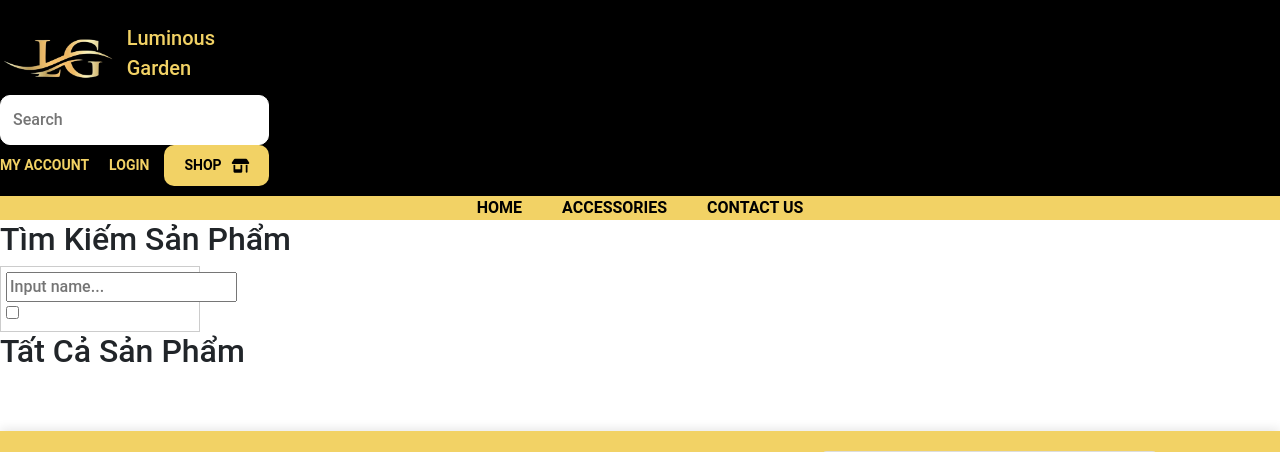
Repository: Nghia251506/eproject
Page: http://localhost/eproject/product/search
An editor plug-in stored every save of this project. The page is shown before and after the next save, followed by the edit.
The browser window is 1280 px wide. The pictures show the part of the page from y = 0 to 452 px (the page is 827 px tall).
Pictures or frames that could not be fetched are drawn as grey boxes. Some web fonts or font styles are not loaded; a fallback is used. Some web libraries are served in a nearby version. The page is run by PHP 8.4 with error messages shown; the project is at /var/www/html/. Queries for data that is not in the repository find no rows.

Above is the page before, as saved 2024-10-12 18:56:37.
Console error: TypeError: Cannot read properties of null (reading 'querySelectorAll')

### index.php
<?php
session_start();
require_once "app/App.php";
require_once "app/config/database.php";
require_once "app/controllers/BaseController.php";
require_once "app/midleware/AuthMidleware.php";
$midleware = new AuthMidleware([""]);
$app = new App($conn, $midleware);
?>

### app/App.php
<?php
class App {
    private $__controller, $__action, $__params, $__instanceController, $__conn, $__midleware;
    function __construct($conn,$midleware)
    {
        $this->__controller = "home";
        $this->__action = "index";
        $this->__params = [];
        $this->__conn = $conn;
        $this->__midleware = $midleware;
        $this->handleUrl();

    }


    function getPath() {
        if(!empty($_SERVER["PATH_INFO"])) {
            return $_SERVER["PATH_INFO"];
        }
        return null;
    }

    public function handleUrl() {
        $path = $this->getPath();
        if (!empty($path)) {
            $info = array_values(array_filter(explode("/", $path)));
            $midleInfo = $info;
            //1. handle controller
            if (!empty($info[0])) {
                $this->__controller = ucfirst($info[0])."Controller";
            } else {
                $this->__controller = ucfirst($this->__controller)."Controller";
            }
            // check exists file controller
            $filePath = "app/controllers/".$this->__controller.".php";
            if (file_exists($filePath)) {
                //echo "filePath exists ".$filePath;
                require_once $filePath;
                if (class_exists($this->__controller)) {
                    //echo $this->__controller; // HomeController
                    $this->__instanceController = new $this->__controller($this->__conn); // tuong duong new HomeController();
                    // loai bo thong tin controller -> chi con action va cac params
                    unset($info[0]);
                    $info = array_values($info);
                }
            } else {
                $this->handleErrorPage("404");
            }
            //2. handle action
            if (!empty($info[0])) {
                $this->__action = $info[0];
                // loai bo thong tin action -> chi con cac params
                unset($info[0]);
                $info = array_values($info);
            }
            //3. hanlde params
            if (!empty($info)) {
                $this->__params = $info;
            }

            //4. thuc thi function trong controller (vd: thuc thi function index trong HomeController)
            //4.1 check xem function co ton tai trong class hay khong
            if (method_exists($this->__instanceController, $this->__action )) {
                // kiểm tra path sử dung middlewere
                $this->__midleware->execute($midleInfo);
                call_user_func_array([$this->__instanceController, $this->__action], $this->__params);
            } else {

            }

        } else {
            $this->__controller = ucfirst($this->__controller)."Controller";
        }

    }

    public function handleErrorPage($page) {
        require_once "app/views/errors/".$page.".php";
        exit();
    }

}









?>

### app/config/database.php
<?php
$host = "mysql:host=localhost:3306;dbname=eproject";
$username = "root";
$pass = "Anhem123";
try {
    $conn = new PDO($host, $username, $pass);
    $conn -> setAttribute(PDO::ATTR_ERRMODE,PDO::ERRMODE_EXCEPTION );
} catch (PDOException $ex) {
    echo "connection failed: ".$ex->getMessage();
}
?>

### app/controllers/BaseController.php
<?php
class BaseController {
    const VIEW_PATH = "app/views/";
    const MODEL_PATH = "app/models/";
    public function view($pathView, array $input = []) {
        $path = self::VIEW_PATH.$pathView.".php";
        return require_once $path;
    }

    public function initModel($modelName, $conn) {
        $path = self::MODEL_PATH.$modelName.".php";
        if (file_exists($path)) {
            require_once $path;
            if (class_exists($modelName)) {
                return new $modelName($conn);
            }
        }
        return null;
    }
}



?>

### app/midleware/AuthMidleware.php
<?php
class AuthMidleware {
    // những path phải qua đăng nhập
    private $__paths = [];
    public function __construct(array $paths)
    {
        $this->__paths = $paths;
    }

    // function để kiểm tra path đầu vào có phải đăng nhập hay không?
    public function execute($info) {
        //$info : là thông tin path đầu vào, là 1 array (xem App.php dòng 37)
        $controller = $info[0];
        $action = $info[1];
        // kiem tra controller có phải là admin hay không
        if ($controller == "admin") {
            // Kiểm tra xem đã đăng nhập hay chưa, nếu đăng nhập rồi thì có thông tin trong session
            if (isset($_SESSION["user"])) {
                // đã đăg nhập
                $role = $_SESSION["user"]->role;
                // kiêm tra xem có phải role admin hay không?
                if ($role != "admin") {
                    // báo lỗi k có quyền truy cập
                    $this->handleErrorPage();
                }
            } else {
                // Nếu chưa đăng nhập -> đi tới trang login
                header("Location: http://localhost/eproject/user/login");
            }
        } else {
            // là user thường chưa đăng nhập
            if (!isset($_SESSION["user"])) {
                // Kiểm tra xem có phải path là admin nhưng cần đăng nhập hay không
                if (in_array($controller."/".$action, $this->__paths)) {
                    // nếu đúng thì yêu cầu đăng nhập
                    header("Location: http://localhost/eproject/user/login");
                }
            }
        }
    }

    public function handleErrorPage() {
        require_once "app/views/errors/403.php";
        exit();
    }

}

?>

### app/controllers/ProductController.php
<?php
class ProductController extends BaseController
{
    private $__productModel, $__brandModel, $__typeModel;
    public function __construct($conn)
    {
        $this->__productModel = $this->initModel("ProductModel", $conn);
        $this->__brandModel = $this->initModel("BrandModel", $conn);
        $this->__typeModel = $this->initModel("TypeModel", $conn);
    }
    public function index()
    {
        $products = $this->__productModel->getAllProduct();
        $this->view("layouts/client", ["page" => "products/product", "products" => $products]);
    }

    public function detail()
    {
        $id = $_REQUEST["id"];
        $product = $this->__productModel->getProductById($id);
        $this->view("layouts/client", ["page" => "products/ProductDetails", "product" => $product]);
    }
    public function list($page = 1)
    {
        $limit = 10; // Number of products per page
        $offset = ($page - 1) * $limit; // Calculate offset
        $products = $this->__productModel->getAllProduct($limit, $offset);
        $totalShows = $this->__productModel->countAllProducts();
        $totalPages = ceil($totalShows / $limit); // Total number of pages

        $this->view("layouts/admin", [
            "page" => "products/listProduct",
            "products" => $products,
            "totalPages" => $totalPages,
            "currentPage" => $page,
        ]);
    }
    public function add($id = null)
    {
        $brands = $this->__brandModel->getAllBrand();
        $types = $this->__typeModel->getAllType();
        // Kiểm tra nếu là GET request
        if ($_SERVER["REQUEST_METHOD"] == "GET") {
            $id = $_REQUEST["id"] ?? null;
            // Nếu có $id, nghĩa là đang chỉnh sửa sản phẩm
            if (isset($id)) {
                // Lấy thông tin sản phẩm từ database để hiển thị
                $product = $this->__productModel->getProductById($id);
                if ($product) {
                    // Hiển thị form với dữ liệu sản phẩm
                    $this->view("layouts/admin", ["page" => "products/form_product", "product" => $product, "brands"=>$brands, "types"=>$types]);
                } else {
                    echo "Sản phẩm không tồn tại.";
                }
            } else {
                // Hiển thị form trống để thêm sản phẩm mới
                $this->view("layouts/admin", ["page" => "products/form_product", "brands" => $brands, "types" => $types]);
            }
        }

        // Nếu là POST request, xử lý thêm mới hoặc cập nhật sản phẩm
        if ($_SERVER["REQUEST_METHOD"] == "POST") {
            // Lấy và làm sạch dữ liệu
            $id = trim($_POST["id"]) ?? null;
            $name = trim($_POST["name"]);
            $code = isset($_POST["code"]) ? trim($_POST["code"]) : null;
            $type_id = trim($_POST["type_id"]);
            $watt = trim($_POST["watt"]);
            $socket = trim($_POST["socket"]);
            $color = trim($_POST["color"]);
            $purchase_price = trim($_POST["purchase_price"]);
            $sale_price = trim($_POST["sale_price"]);
            $quantity = trim($_POST["quantity"]);
            $brand_id = trim($_POST["brand_id"]);
            $image_url = trim($_POST["image"]);

            // Kiểm tra đầu vào (Ví dụ: kiểm tra rỗng, hợp lệ, ...)
            if (empty($name) || empty($type_id) || empty($watt) || empty($purchase_price) || empty($sale_price) || empty($quantity) || empty($brand_id) || empty($image_url)) {
                // Quản lý lỗi: thông báo cho người dùng
                echo "Vui lòng điền đầy đủ thông tin sản phẩm.";
                return;
            }

            // Gọi hàm saveProduct từ model
            if ($id > 0) {
                $result = $this->__productModel->editProduct($id, $name, $code, $type_id, $watt, $socket, $color, $purchase_price, $sale_price, $quantity, $brand_id, $image_url);
            } else {
                $result = $this->__productModel->saveProduct($name, $code, $type_id, $watt, $socket, $color, $purchase_price, $sale_price, $quantity, $brand_id, $image_url);
            }

            if ($result) {
                header("Location: http://localhost/eproject/product/list");
                exit();
            } else {
                // Thông báo lỗi nếu lưu không thành công
                echo "Có lỗi xảy ra khi thêm sản phẩm. Vui lòng thử lại.";
            }
        }
    }

    public function delete($id)
    {
        $this->__productModel->deleteProductById($id);
        header("Location: http://localhost/eproject/product/list");
    }

    public function cart(){
        $this->view("layouts/client", ["page"=>"products/cart"]);
    }

    public function search($page = 1){
        // if ($_SERVER["REQUEST_METHOD"] == "POST"){}
        //     $name = $_POST['name'] ?? '';
        // }
        $name = $_POST['name'] ?? '';
        $limit = 10;
        $offset = ($page - 1) * $limit;

        $products = $this->__productModel->searchProduct($name, $limit, $offset);
        // var_dump($products);
        // Lấy tổng số record để phân trang
        $totalShows = $this->__productModel->countProducts($name);
        $totalPages = ceil($totalShows / $limit);

        $this->view("layouts/client", [
            "page" => "products/product",
            "products" => $products,
            "totalPages" => $totalPages,
            "currentPage" => $page,
        ]);
    }
}

### app/models/BrandModel.php
<?php

class BrandModel{
    private $__conn;
    public function __construct($conn)
    {
        $this->__conn = $conn;
    }

    public function getAllBrand($limit = 10, $offset = 0){
        try{
            if(isset($this->__conn)){
                $sql = "select * from brand_lights order by id desc LIMIT :limit OFFSET :offset";
                $stmt = $this->__conn->prepare($sql);
                $stmt->bindParam("limit", $limit, PDO::PARAM_INT);
                $stmt->bindParam("offset", $offset, PDO::PARAM_INT);
                $stmt->execute();
                return $stmt->fetchAll(PDO::FETCH_OBJ);
            }
            return null;
        }catch(PDOException $ex){
            echo $ex->getMessage();
        }
    }
    public function getBrandById($id){
        try {
            if (isset($this->__conn)) {
                $sql = "select * from brand_lights where id = :id";
                $stmt = $this->__conn->prepare($sql);
                $stmt->bindParam("id", $id, PDO::PARAM_INT);
                $stmt->execute();
                return $stmt->fetch(PDO::FETCH_OBJ);
            }
            return null;
        } catch (PDOException $ex) {
            echo $ex->getMessage();
        }
    }
}

### app/models/TypeModel.php
<?php

class TypeModel{
    private $__conn;
    public function __construct($conn)
    {
        $this->__conn = $conn;
    }

    public function getAllType($limit = 10, $offset = 0){
        try{
            if(isset($this->__conn)){
                $sql = "select * from type_lights order by id desc LIMIT :limit OFFSET :offset";
                $stmt = $this->__conn->prepare($sql);
                $stmt->bindParam("limit", $limit, PDO::PARAM_INT);
                $stmt->bindParam("offset", $offset, PDO::PARAM_INT);
                $stmt->execute();
                return $stmt->fetchAll(PDO::FETCH_OBJ);
            }
            return null;
        }catch(PDOException $ex){
            echo $ex->getMessage();
        }
    }

    public function getTypeById($id){
        try{
            if($this->__conn){
                $sql = "select * from type_lights where id = :id";
                $stmt = $this->__conn->prepare($sql);
                $stmt->bindParam("id", $id);
                $stmt->execute();
                return $stmt->fetch(PDO::FETCH_OBJ);
            }
            return null;
        }catch(PDOException $ex){
            echo $ex->getMessage();
        }
    }
}

### app/views/layouts/client.php
<!DOCTYPE html>
<html lang="en">

<head>
    <meta charset="UTF-8">
    <meta name="viewport" content="width=device-width, initial-scale=1.0">
    <title>Doccument</title>
    <link rel="preconnect" href="https://fonts.googleapis.com">
    <link rel="preconnect" href="https://fonts.gstatic.com" crossorigin>
    <link href="https://fonts.googleapis.com/css2?family=Donegal+One&display=swap" rel="stylesheet">
    <link rel="stylesheet" href="http://localhost/eproject/app/assets/css/base.css">
    <script src="https://localhost/eproject/app/assets/js/eventClient.js"></script>
    <link href="https://stackpath.bootstrapcdn.com/bootstrap/4.5.2/css/bootstrap.min.css" rel="stylesheet">

</head>

<body>
    <div class="grid wide">
        <?php
        $this->view("layouts/header");
        $this->view($input["page"], ["data" => $input]);
        $this->view("layouts/footer");
        ?>
    </div>
</body>

</html>

### app/views/layouts/header.php
<!DOCTYPE html>
<html lang="en">
<head>
  <meta charset="UTF-8">
  <meta name="viewport" content="width=device-width, initial-scale=1.0">
  <script src="https://kit.fontawesome.com/453b49545e.js" crossorigin="anonymous"></script>
  <link rel="stylesheet" href="http://localhost/eproject/app/assets/css/header.css">
  <title>Header Example</title>
</head>
<body>
<div class="header">
    <div class="header-container">
      <div class="logo">
        <div class="logo-image">
          <img src="https://localhost/eproject/app/assets/data/LG.png" alt="Logo">
        </div>
        <div class="logo-name">
          <a href="">Luminous <br> Garden</a>
        </div>
      </div>

      <div class="search-form">
        <input type="text" placeholder="Search"  >

      </div>

      <div class="header-right">
        <div class="login">
          <a href="">MY ACCOUNT</a>
          <a href="">LOGIN</a>
        </div>
          <div class="shopping">
            <button type="submit">SHOP <i class="fa-solid fa-shop"></i></button>
          </div>
        </div>
      </div>
    </div>

    <div class="nav">
      <div class="nav-container">
        <div class="nav-item">
          <a href="http://localhost/eproject/home">HOME</a>
          <a href='http://localhost/eproject/product'>ACCESSORIES</a>
          <a href="http://localhost/eproject/contact">CONTACT US</a>
        </div>
      </div>
    </div>
  </div>
</body>
</html>

### app/views/products/product.php
<!DOCTYPE html>
<html lang="vi">

<head>
    <meta charset="UTF-8">
    <meta name="viewport" content="width=device-width, initial-scale=1.0">
    <title>product</title>
</head>

<body>
    <?php
    $data = $input["data"];
    $products = $data["products"] ?? "";
    // var_dum($products);
    // die();
    // $product = $data["product"] ?? "";
    ?>
    <div id="product-container">
        <aside class="sidebar">
            <h2>Tìm Kiếm Sản Phẩm</h2>
            <div class="search-bar">
                <form action="http://localhost/eproject/product/search" method="POST">
                    <input name="name" type="text" placeholder="Input name...">
                    <input name="type_id" type="checkbox" values="1">
                    <!-- <input name="name" type="checkbox" values="">
                    <input name="name" type="checkbox" values=""> -->
                </form>
            </div>
        </aside>

        <main class="main-content">
            <div class="featured-products">
                <div class="all-products">
                    <h2>Tất Cả Sản Phẩm</h2>
                    <div class="product-row">
                        <?php foreach ($products as $product) : ?>
                            <div class="product">
                                <div style="width:100%;height:200px;"><img style="width: 100%; height:100%;object-fit:cover;" src="<?php echo htmlspecialchars($product->image_url); ?>" alt="Sản phẩm A" /></div>
                                <h3><?php echo htmlspecialchars($product->name); ?></h3>
                                <p><?php echo htmlspecialchars($product->code); ?></p>
                                <p>Giá: <?php echo htmlspecialchars(number_format($product->sale_price, 0, ',', '.')); ?> VND</p>
                                <a href='http://localhost/eproject/product/detail?id=<?= $product->id; ?>'>See All Details</a>
                            </div>
                        <?php endforeach; ?>
                    </div>
                </div>
            </div>
        </main>
    </div>
</body>

</html>

### app/views/layouts/footer.php
<!DOCTYPE html>
<html lang="en">
<head>
    <meta charset="UTF-8">
    <meta name="viewport" content="width=device-width, initial-scale=1.0">
    <title>footer</title>
    <link rel="stylesheet" href="http://localhost/eproject/app/assets/css/footer.css">
</head>
<body>
<footer>
        <div class="footer-container">
            <div class="footer-contact-info">
                <h3>Contact</h3>
                <p>Địa chỉ: 8A Ton That Thuyet, My Dinh, Nam Tu Liem, Ha Noi</p>
                <p>Hotline: 0523 652 003</p>
                <p>Email: <a href="mailto:tuantai2365@gmail.com">tuantai2365@gmail.com</a></p>
                <div class="social-icons">
                    <a href="https://www.facebook.com" target="_blank">
                        <img src="http://localhost/eproject/app/assets/data/facebook.png" alt="Fb"></a>
                    <a href="https://www.instagram.com" target="_blank">
                        <img src="http://localhost/eproject/app/assets/data/instagram.png" alt="Ins"></a>
                    <a href="https://www.youtube.com" target="_blank">
                        <img src="http://localhost/eproject/app/assets/data/youtube.png" alt="Ziutube"></a>
                </div>
            </div>

            <div class="payment-info">
                <h3>Payment</h3>
                <img src="http://localhost/eproject/app/assets/data/QR.jpg" alt="pay Logo" class="logo">
            </div>

            <div class="map">
                <iframe src="https://www.google.com/maps/embed?pb=!1m18!1m12!1m3!1d3724.096608933641!2d105.78229669999999!3d21.0288201!2m3!1f0!2f0!3f0!3m2!1i1024!2i768!4f13.1!3m3!1m2!1s0x3135ab4cd376479b%3A0xbc2e0bb9db373ed2!2zOGEgVMO0biBUaOG6pXQgVGh1eeG6v3QsIE3hu7kgxJDDrG5oLCBD4bqndSBHaeG6pXksIEjDoCBO4buZaSAxMDAwMDA!5e0!3m2!1svi!2s!4v1727689161334!5m2!1svi!2s" width="600" height="450" style="border:0;" allowfullscreen="" loading="lazy" referrerpolicy="no-referrer-when-downgrade" width="300" height="200" style="border:0;" allowfullscreen="" loading="lazy"></iframe>
        </div>

    </footer>
    <div style="background-color: black;color:white ;  padding: 10px; text-align: center;">
        <p>© Project was made by Luminous Garden Team - T2404E .</p>
    </div>
</body>
</html>

### app/assets/css/base.css
:root {
  --text-color: #333;
  --white-color: #fff;
  --black-color: #000;
  --primary-color: #c9ac5f;
  --border-color: #dbdbdb;
  --header-height: 80px;
  --navbar-height: 34px;
  --header-with-search-height: calc(
    var(--header-height) - var(--navbar-height)
  );
  --color-header: linear-gradient(0, #f2d265, #040000);
  /* --color-header: ae dùng background-image rồi thêm biến này vào nhé */
}
a{
    text-decoration: none;
}

ul{
    list-style: none;
}

* {
  font-family: "Roboto", sans-serif;
  font-weight: 500;
  font-style: normal;
}

/* reponsive */

.grid {
  width: 100%;
  margin: 0 auto;
}

.wide {
  max-width: 2000px;
}

.col-12 {
  /* background-color: #ececf1; */
  padding-left: 5px;
  padding-right: 5px;
  width: 100%;
  display: flex;
  flex-wrap: wrap;
}

.col-8 {
  display: flex;
  flex-wrap: wrap;
  padding-left: 17px;
  width: 66.6672%;
}

.col-8-4 {
  padding-left: 5px;
  padding-right: 5px;
  width: 50%;
}

.col-12-4 {
  padding-left: 5px;
  padding-right: 5px;
  width: 33.3336%;
}

.col-2 {
  padding-left: 5px;
  padding-right: 5px;
  width: 16.6667%;
}

.col-2-4 {
  padding-left: 5px;
  padding-right: 5px;
  width: 20%;
  margin-bottom: 10px;
}

.col-10 {
  padding-left: 5px;
  padding-right: 5px;
  width: 83.3334%;
}

### app/assets/css/header.css

.header {
  display: flex;
  justify-content: space-between;
  align-items: center;
  padding: 10px 20px;
  background-color: #F2D265; /* Màu nền */
}

.header-left {
  display: flex;
  align-items: center;
}

.logo {
  width: 50px; /* Kích thước logo */
  height: auto;
  margin-right: 10px;
}

.company-name {
  font-size: 24px;
  color: rgb(65, 117, 5); /* Màu chữ của tên công ty */
}


/* Tổng quan cấu trúc */
body {
  font-family: Arial, sans-serif;
  margin: 0;
  padding: 0;
}

.header {
  background-color: black;
  padding: 10px 0;
}

.container {
  max-width: 1400px;
  margin: 0 auto; /* Căn giữa container */
  display: flex;
  justify-content: space-between; /* Phân bố đều các thành phần */
  align-items: center;
  padding: 0 20px; /* Thêm khoảng cách giữa container và viền */
}

/* Logo */
.logo {
  display: flex;
  align-items: center;
}

.logo-image img {
  height: 85px;
}

.logo-name a {
  color: #f2d265;
  font-size: 20px;
  text-decoration: none;
}
.search-form {
  flex-grow: 2; /* Cho phép thanh tìm kiếm mở rộng */
  display: flex;
  justify-content: center;
}

.search-form input {
  padding: 12px;
  border-radius: 10px;
  border: 1px solid #ffffff;
  width: 100%;
  max-width: 400px;
}

/* Header Right: Login, Shop */
.header-right {
  display: flex;
  align-items: center;
  gap: 60px;
}

.login {

  display: flex;
  gap: 20px;
}

.nav a {
  text-decoration: none;
  color: #000; /* Màu của link */
  font-size: 18px;
}

.header-right {
  display: flex;
  align-items: center;
  gap: 15px;
}

.search-bar {
  padding: 5px;
  font-size: 16px;
  width: 200px;
  border: 1px solid #ccc;
}

.login-link,
.shop-link {
  text-decoration: none;
  color: #000;
  font-size: 18px;
}
.login a {
  color: #f2d265;
  text-decoration: none;
  font-size: 14px;
  font-weight: bold;
}

.login a:hover {
  color: #ffffff;
}

/* Shop button */
.shopping button {
  background-color: #f2d265;
  border: none;
  padding: 10px 20px;
  border-radius: 10px;

  font-size: 14px;
  display: flex;
  align-items: center;
  font-weight: bold;
}

.shopping button i {
  margin-left: 10px;
}

.shopping button:hover {
  background-color: white;
}

/* Navigation */
.nav {
  background-color: #f2d265;
}

.nav-container {
  max-width: 0 auto;
  margin: 0 auto; /* Căn giữa navigation */
  text-align: center;
  padding: 0 20px; /* Thêm khoảng cách hai bên */
}

.nav-item {
  display: flex;
  justify-content: center;
  gap: 40px; /* Điều chỉnh khoảng cách giữa các mục */
}

.nav-item a {
  color: black;
  text-decoration: none;
  font-size: 16px;
  font-weight: bold;
}

.nav-item a:hover {
  color: #ffffff;

}

Loaded but not shown: app/assets/js/eventClient.js (63 lines, source omitted); app/models/ProductModel.php (222 lines, source omitted); app/assets/css/footer.css (247 lines, source omitted)

After the next save:
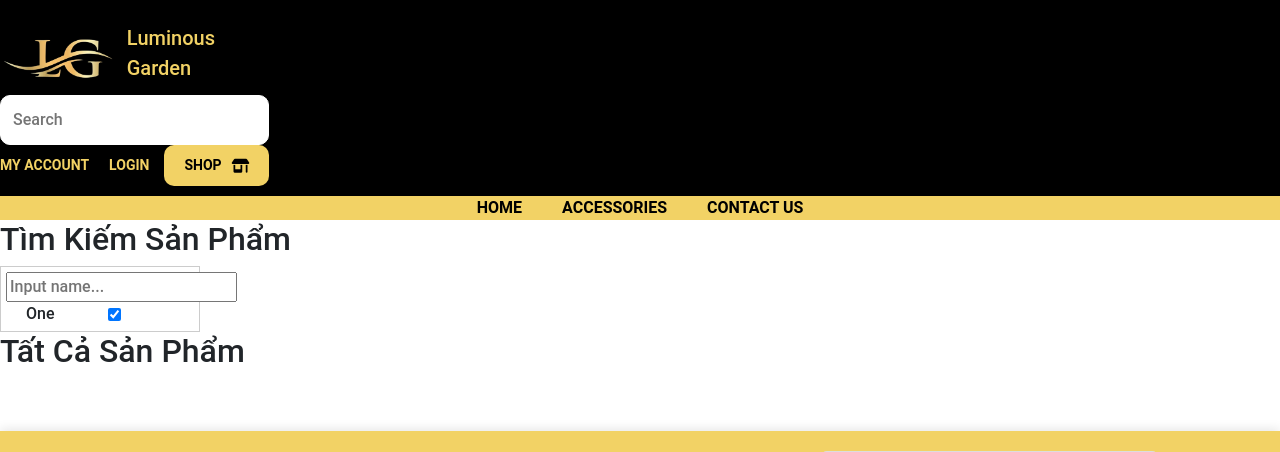
Saved 3 min 9 s later.
--- a/app/views/products/product.php
+++ b/app/views/products/product.php
@@ -21,7 +21,10 @@
             <div class="search-bar">
                 <form action="http://localhost/eproject/product/search" method="POST">
                     <input name="name" type="text" placeholder="Input name...">
-                    <input name="type_id" type="checkbox" values="1">
+                    <label class="container">One
+  <input type="checkbox" checked="checked">
+  <span class="checkmark"></span>
+</label>
                     <!-- <input name="name" type="checkbox" values="">
                     <input name="name" type="checkbox" values=""> -->
                 </form>
